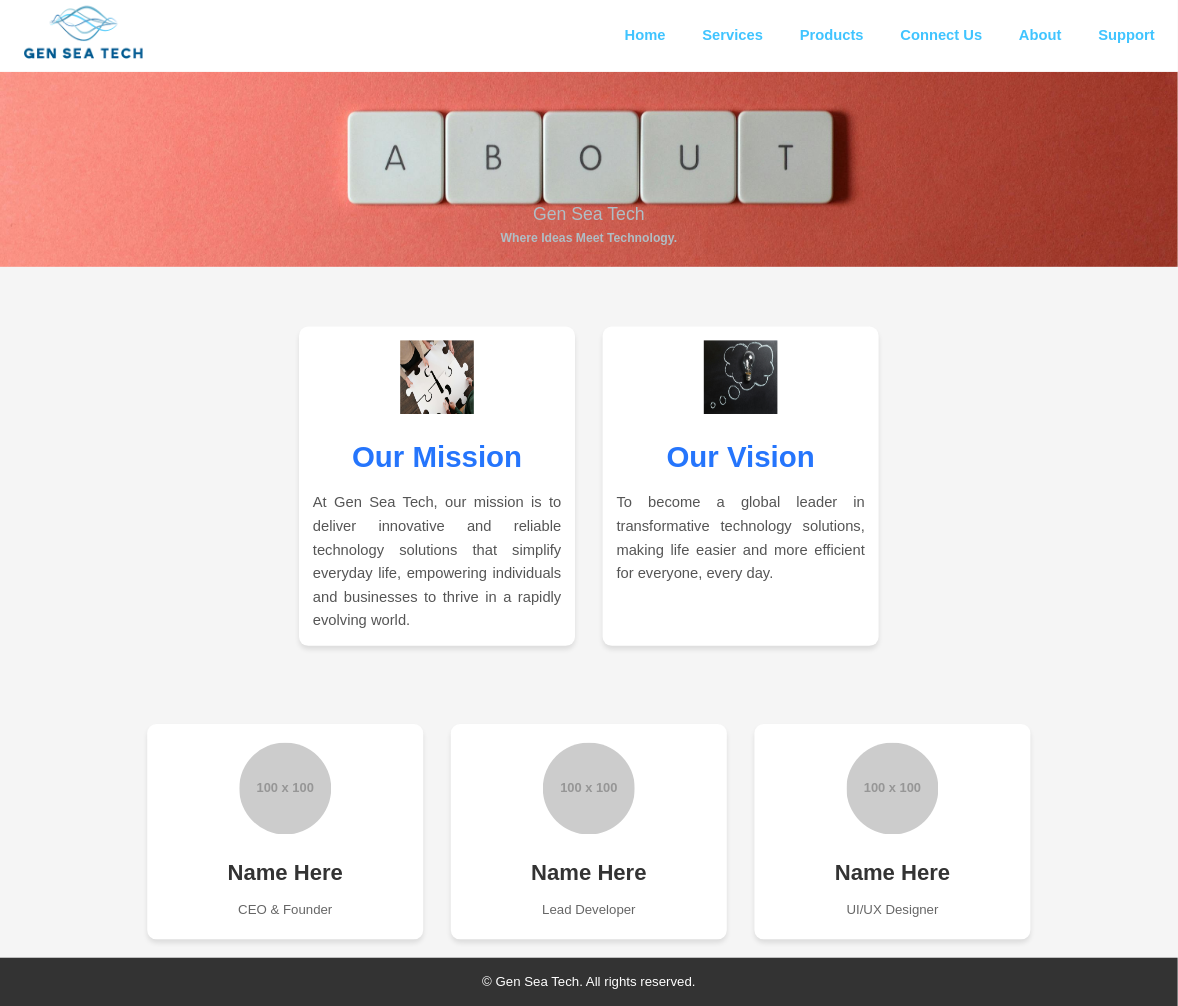
Repository: aniketkhatawkar/Gen_Sea_Tech
Page: http://localhost/GenSeaTech/about.jsp
An editor plug-in stored every save of this project. The page is shown before and after the next save, followed by the edit.
The browser window is 1280 px wide. The pictures show the whole page, at 92% of full size.
The page is served by Tomcat 10.

Above is the page before, as saved 2024-12-14 12:09:30.

After the next save:
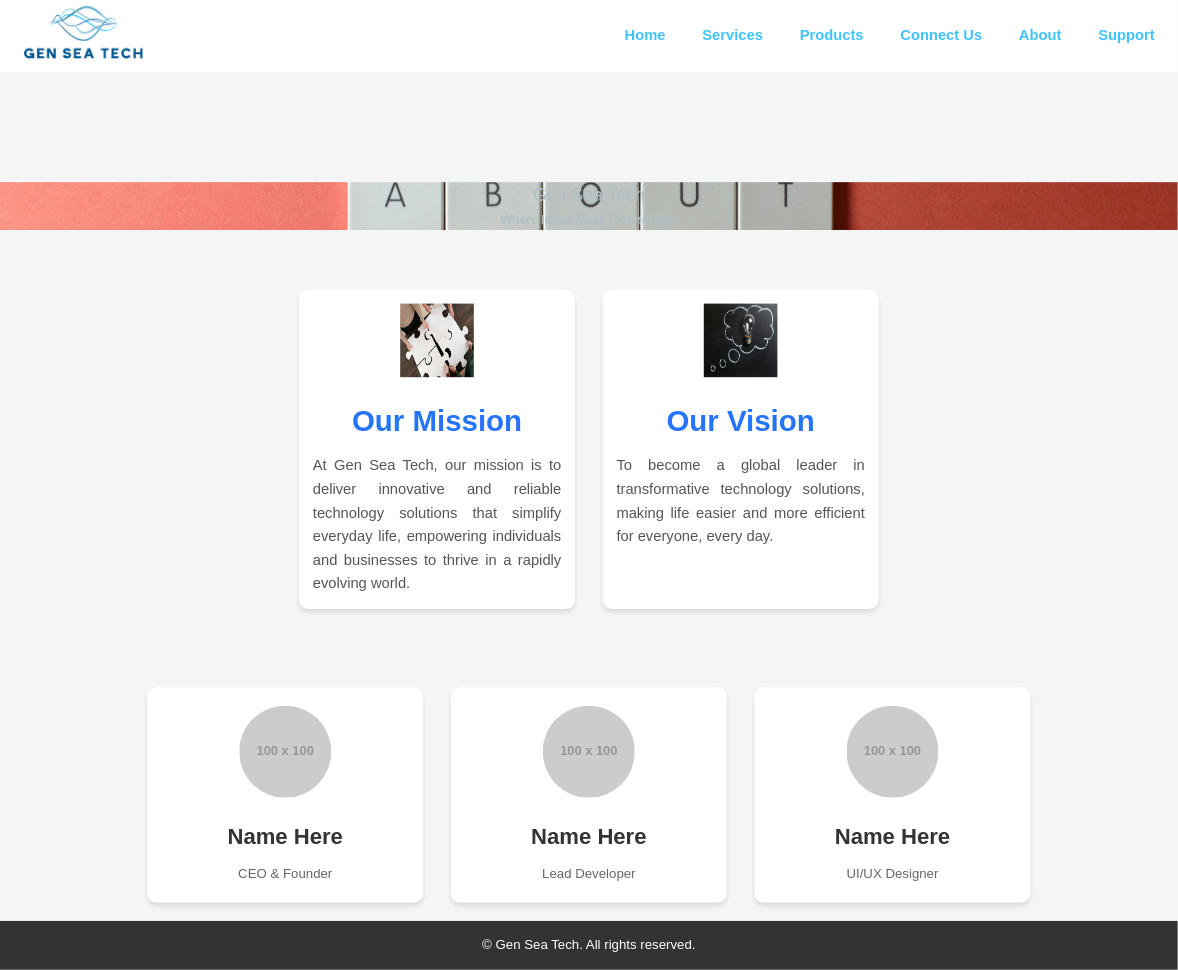
Saved 14 s later.
--- a/GenSeaTech/src/main/webapp/about.jsp
+++ b/GenSeaTech/src/main/webapp/about.jsp
@@ -24,7 +24,6 @@
 	    background-size: cover;
 	    object-fit: cover;
 		color: #b0bec5;
-	    padding: 20px 10px;
 	    text-align: center;
 	}
 

After the save that followed:
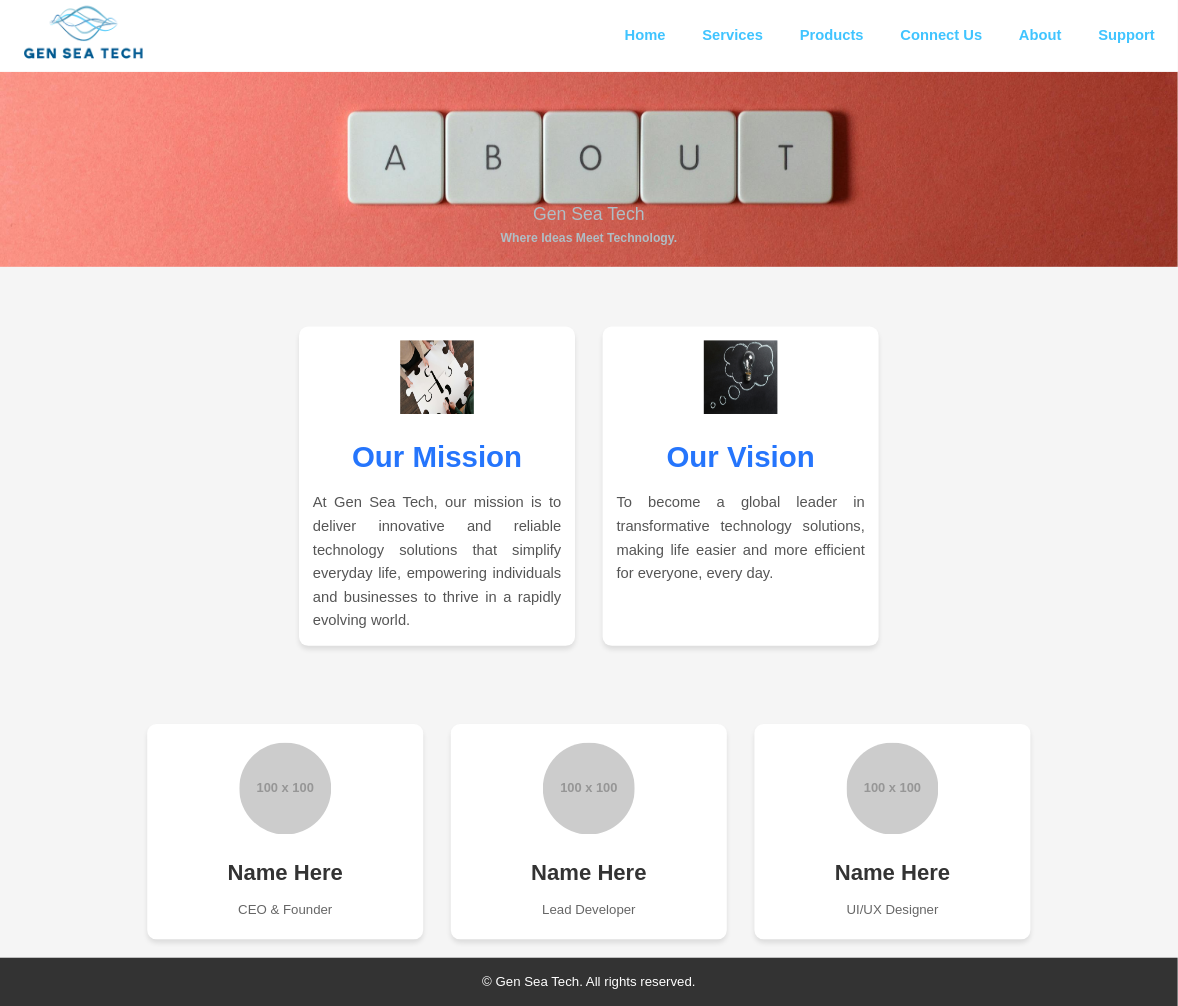
Saved 26 s later.
--- a/GenSeaTech/src/main/webapp/about.jsp
+++ b/GenSeaTech/src/main/webapp/about.jsp
@@ -24,6 +24,7 @@
 	    background-size: cover;
 	    object-fit: cover;
 		color: #b0bec5;
+	    padding: 20px 5px;
 	    text-align: center;
 	}
 
